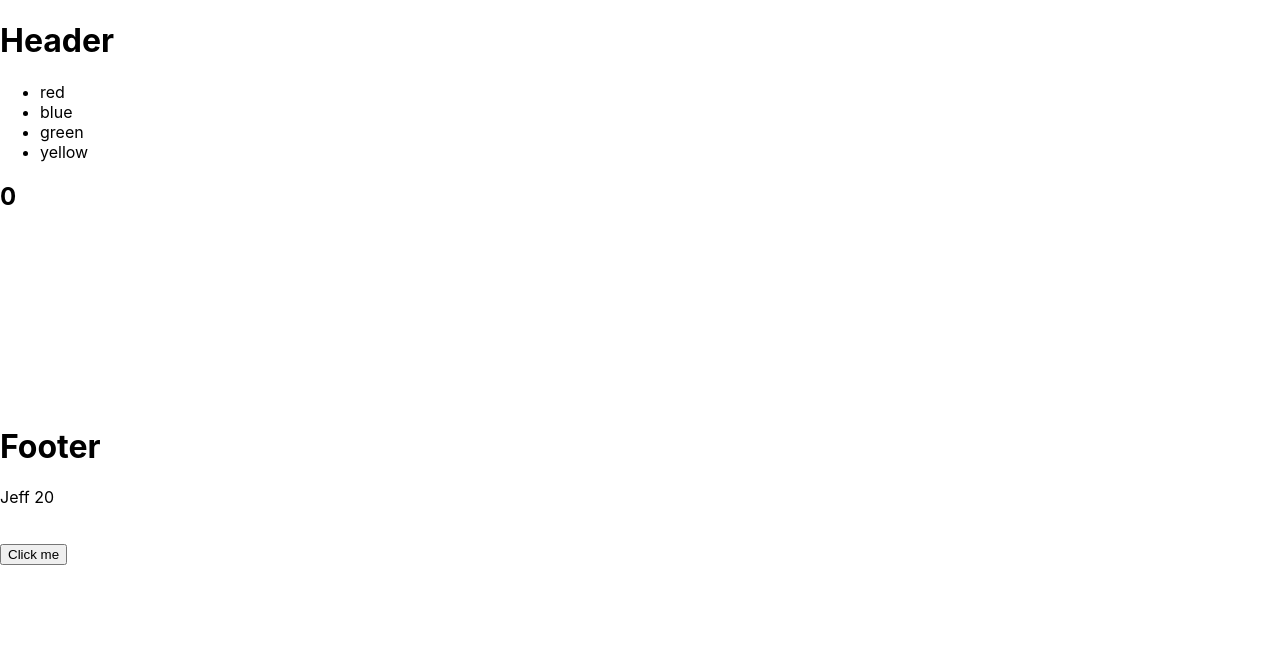
Repository: mhyder1/practice
Page: /
The author's editor kept a copy of each file at every save. The page is drawn from the files as they stood at one save, then again after the next save.
The browser window is 1280 px wide. The pictures show the whole page.
The project was rebuilt for these pictures with package versions that can differ from the ones it lists, and the page was loaded fresh each time.

Above is the page before, as saved 2021-07-21 20:43:06.

After the next save:
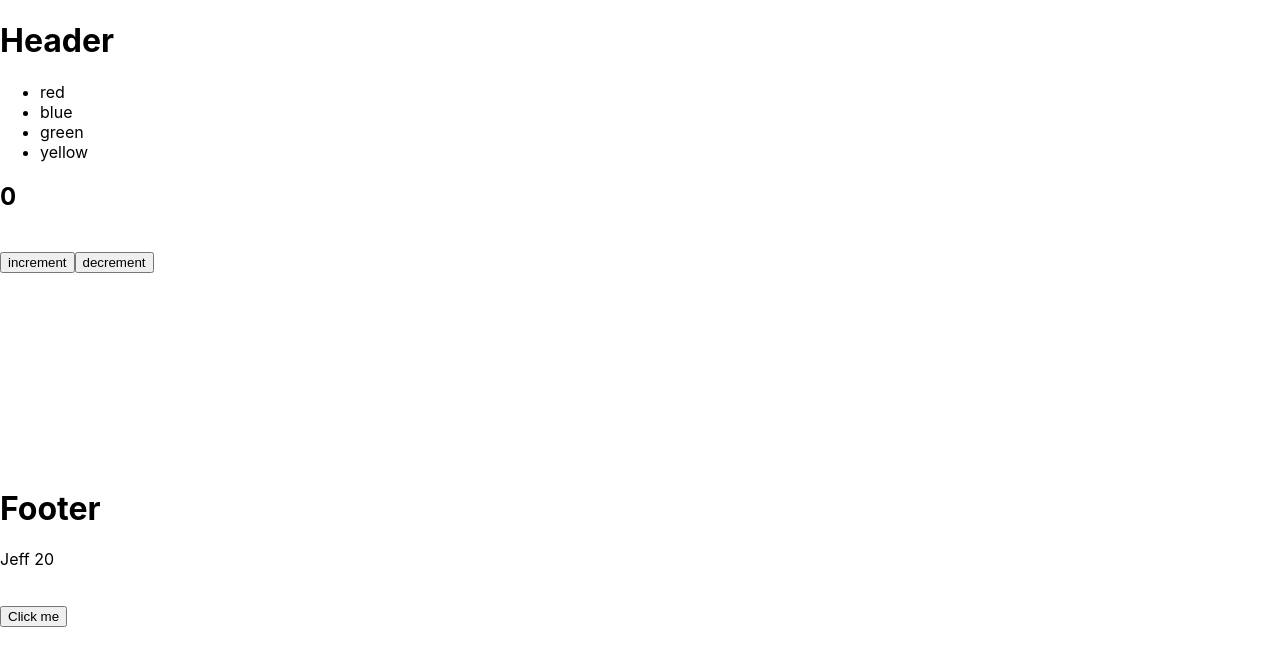
Saved 41 s later.
--- a/src/App.js
+++ b/src/App.js
@@ -12,6 +12,9 @@ function App() {
     <main>
       <Header colors={colors}/>
       <h2>{count}</h2>
+      <br />
+      <button>increment</button>
+      <button>decrement</button>
       <Footer userName={name} age={age} setName={setName}/>
     </main>
   );
